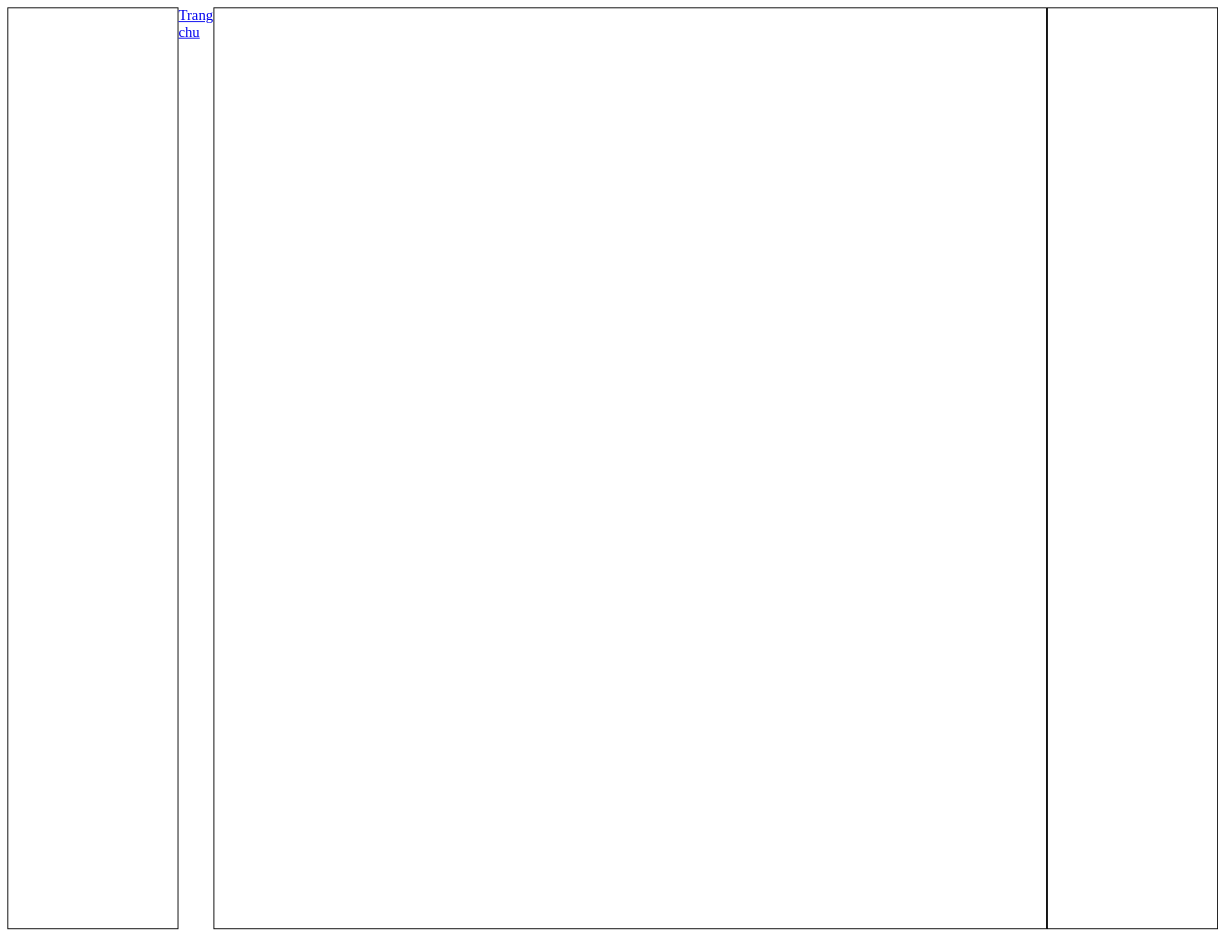
Repository: longtn213/Frond_end_HTML-CSS
Page: Front-End/Demohtml/Demo Html Css.html
These files come from the project's save history. The page is drawn as it stood at one moment and after the next save; the edit follows.
The browser window is 1280 px wide. The page is 1324 px wide, then 1329 px, so the pictures cover 1329 px, including what lies to the right of the window. The pictures show the whole page, at 92% of full size.

Above is the page before, as saved 2021-09-09 14:15:32.

After the next save:
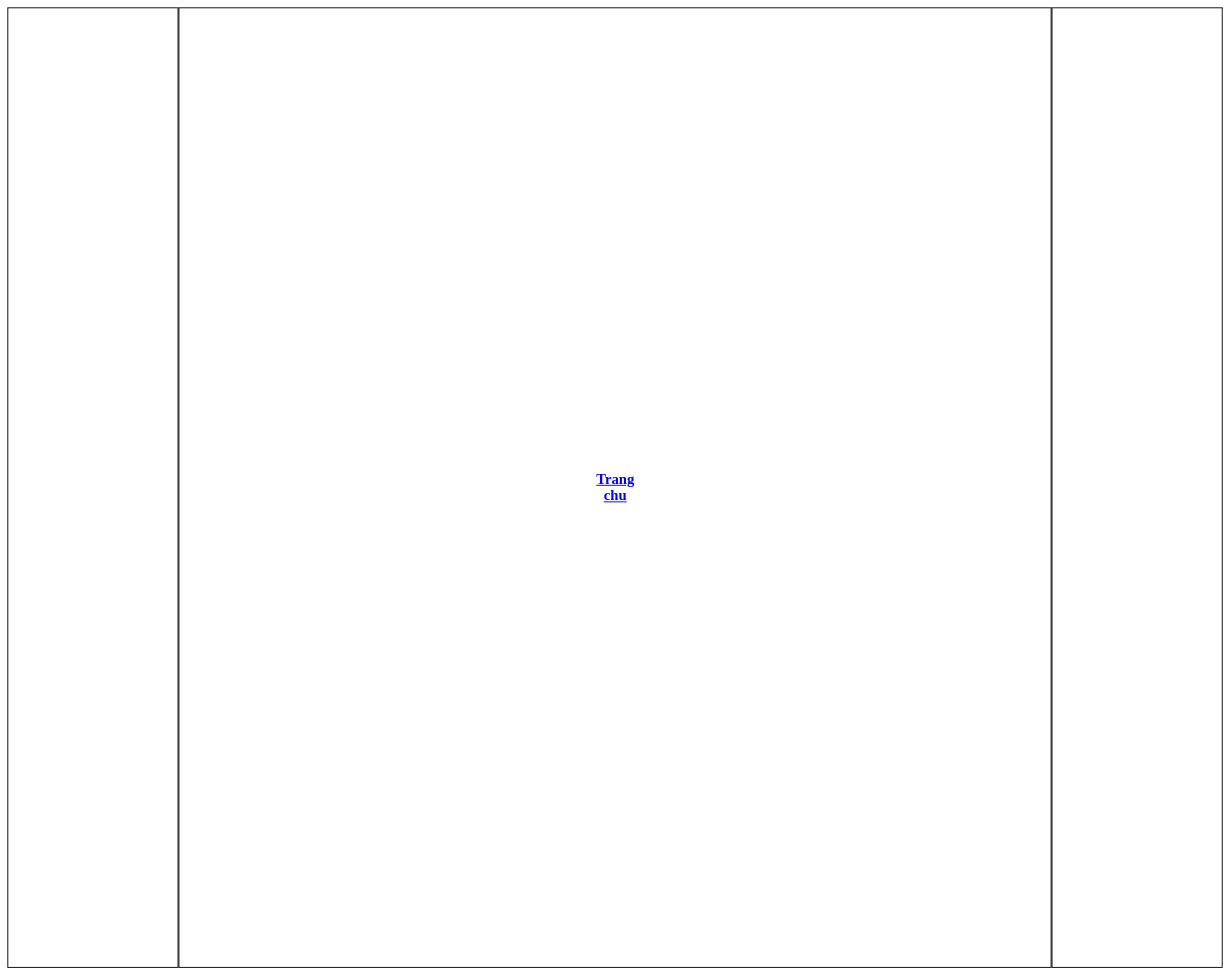
Saved 73 s later.
--- a/Front-End/Demohtml/Demo Html Css.html
+++ b/Front-End/Demohtml/Demo Html Css.html
@@ -14,7 +14,9 @@
         <table class="table1">
         </table>
         <table class="table2">
-            <tr><a href="#">Trang chu</a></tr>
+            <tr>
+                <th><a href="#">Trang chu</a></th>
+            </tr>
         </table>
         <table class="table3">
         </table>
